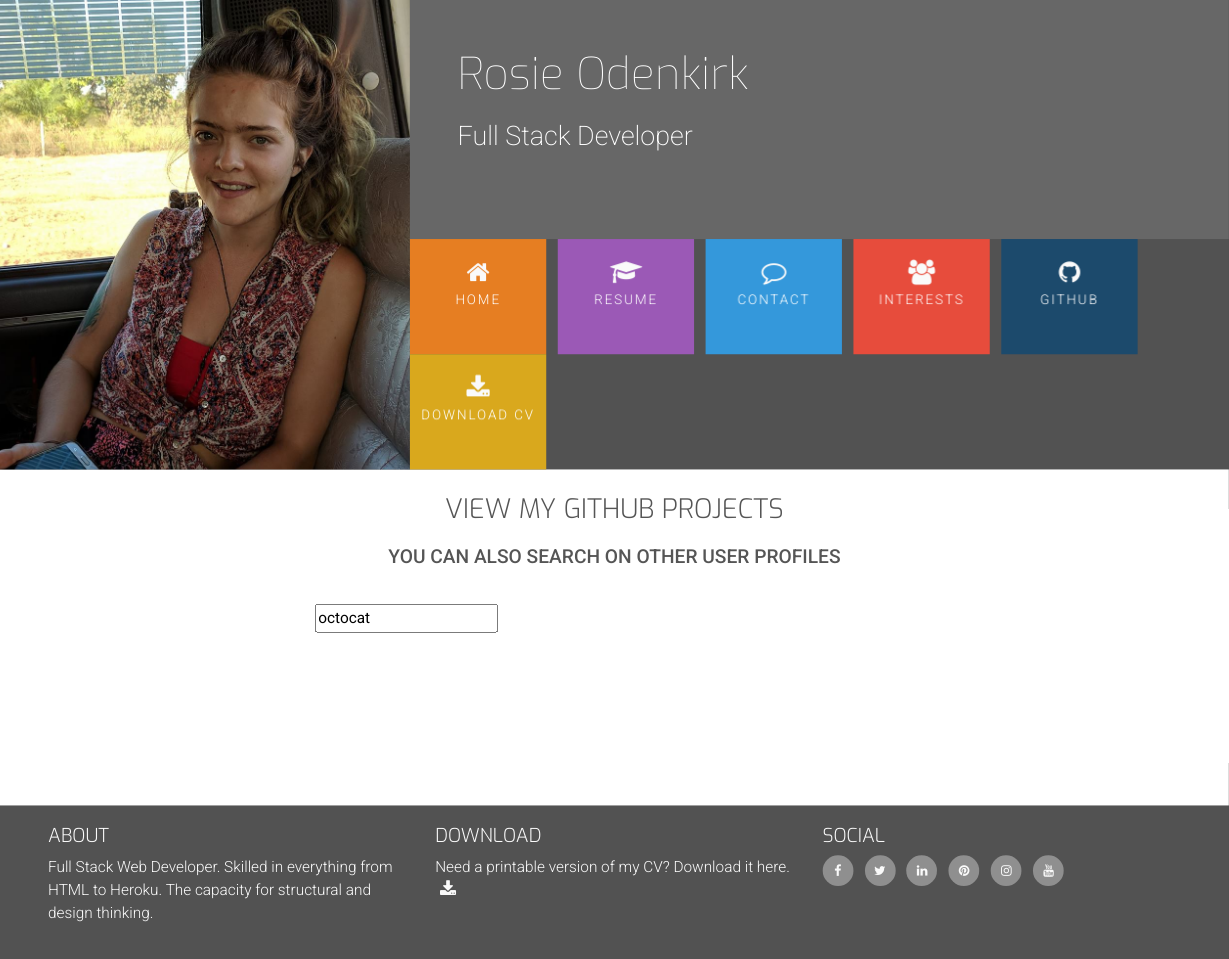
Repository: Heywood93/resume
Page: github.html
The author's editor kept a record of every edit. The page is drawn from the files as they stood at one moment, then again after the next edit.
The browser window is 1280 px wide. The pictures show the whole page, at 96% of full size.
Some web libraries are served in a nearby version.

Above is the page before.
Not found: assets/js/github-information.js

After the next edit:
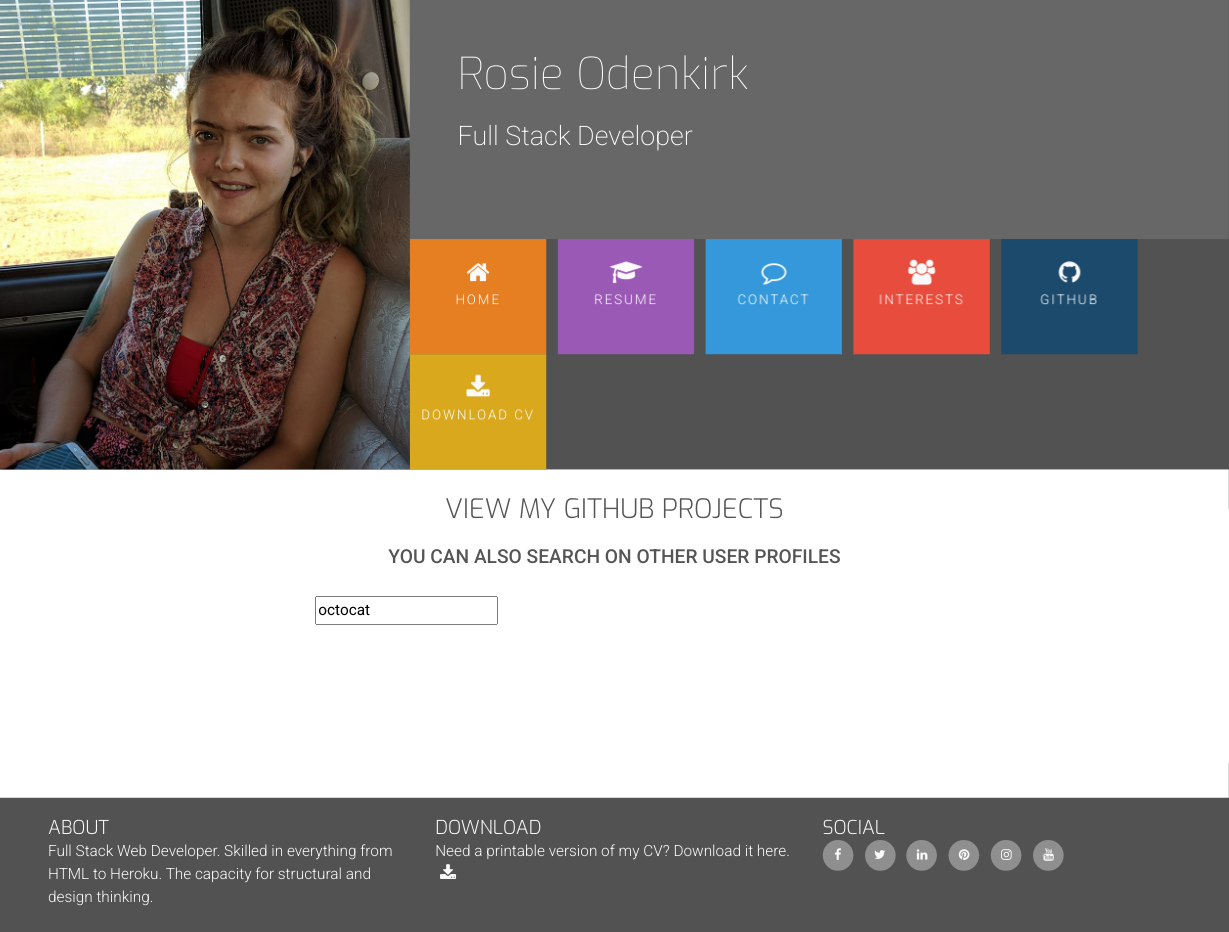
The edit:
--- a/assets/css/style.css
+++ b/assets/css/style.css
@@ -74,7 +74,8 @@
 h1,
 h2,
 h3,
-h4 {
+h4,
+h5 {
     margin: 0;
 }
 
